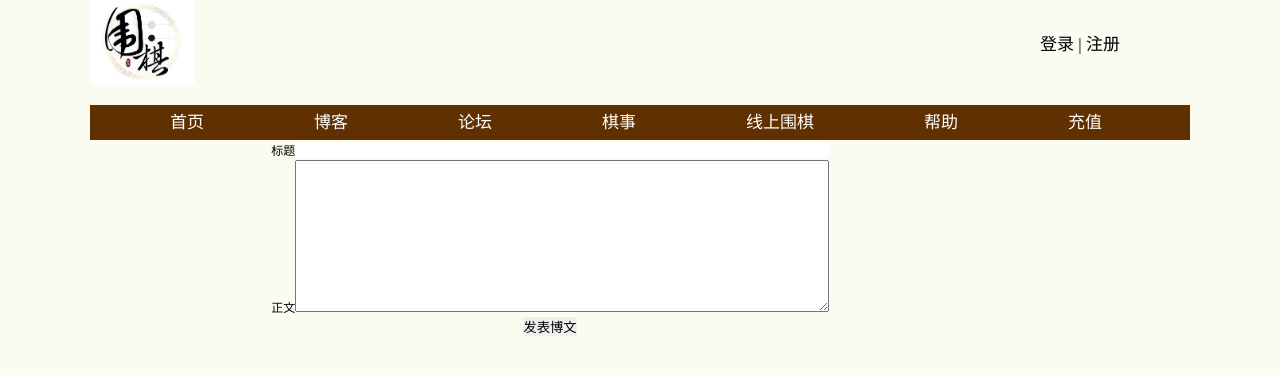
Repository: yxh0/Go
Page: http://localhost/keshe/keshe/blog_post.jsp
An editor plug-in stored every save of this project. The page is shown before and after the next save, followed by the edit.
The browser window is 1280 px wide. The pictures show the whole page.
The page is served by Tomcat 9. Other server files are loaded and not shown.

Above is the page before, as saved 2020-06-11 14:56:51.

### SoftwareProjectGo/keshe/WebContent/keshe/blog_post.jsp
<%@ page language="java" contentType="text/html; charset=UTF-8"
    pageEncoding="UTF-8"%>
<%@ page import="java.sql.*" %>
<!DOCTYPE html>
<html>
<head>
<meta charset="UTF-8">
<title>博客页面</title>
<link rel="stylesheet" href="css/init.css">
<link rel="stylesheet" href="css/public.css">
<link rel="stylesheet" href="css/blog_post.css">
</head>
<body>
	<div class="header w">
		<div class="logo">
			<img src="images/logo.jpg" alt="" />
		</div>
		<div class="login">
			<ul>
				<li>
					<a href="login.jsp">登录</a> |
					<a href="register.jsp">注册</a>
				</li>
			</ul>
		</div>
	</div>
	<!-- 导航栏 -->
	<div class="nav w">
		<div class="container">
			<ul class="left">
		    	<li><a href="index.jsp" >首页</a></li>
		    	<li><a href="blog.jsp" >博客</a></li>
		    	<li><a href="luntan.jsp" >论坛</a></li>
		    	<li><a href="qishi.jsp" >棋事</a></li>
		    	<li><a href="xianshangweiqi.jsp" >线上围棋</a></li>
		    	<li><a href="bangzhu.jsp" >帮助</a></li>
		    	<li><a href="chongzhi.jsp" >充值</a></li>
			</ul>
  		</div>
	</div>
	<div class="blogg">
		<div class="border w"></div>
		<form action="addblogServlet" name="register" method="post">
			<center>标题<input name="blog_title" type="textArea" style="width:40em" class="code"><br></center>
			<center>正文<textarea name="blog_text" style="width:40em" rows="10"></textarea><br>
			<input type="submit" value="发表博文" class="now-register"></center>
         </form>
	</div>
</body>
</html>

### SoftwareProjectGo/keshe/WebContent/keshe/css/init.css
@charset "UTF-8";
/* 基础的初始化 */
* {
    margin: 0;
    padding: 0;
    box-sizing: border-box;
}
/* em 和 i 斜体的文字不倾斜 */
em,
i {
    font-style: normal
}

li {
    list-style: none
}

img {
    border: 0;
    vertical-align: middle
}

button {
    cursor: pointer
}

a {
    text-decoration: none
}

button,
input {
    font-family: Microsoft YaHei, Heiti SC, tahoma, arial, Hiragino Sans GB, "\5B8B\4F53", sans-serif;
    /* 默认有灰色边框我们需要手动去掉 */
    border: 0;
    outline: none;
}

body {
    -webkit-font-smoothing: antialiased;
    background-color: #fff;
    font: 12px/1.5 Microsoft YaHei, Heiti SC, tahoma, arial, Hiragino Sans GB, "\5B8B\4F53", sans-serif;
    color: black;
}

.hide,
.none {
    display: none
}
/* 清除浮动 */
.clearfix:after {
    visibility: hidden;
    clear: both;
    display: block;
    content: ".";
    height: 0
}

.clearfix {
    *zoom: 1
}

### SoftwareProjectGo/keshe/WebContent/keshe/css/public.css
@charset "UTF-8";
/* 版心 */
body {
	background-color: #fcfbf1;
}
.w {
    width: 1100px;
    margin: 0 auto;
}
.nav {
    height: 35px;
    background-color: #603000;
    line-height: 35px;
}
.nav ul li{
	float: left;
}
.nav li a{
	color: white;
	font-size: 17px;
	border-right: 20px;
	padding: 20px 30px;
	margin-left: 50px;
}
.nav li a:hover{
	color: yellow;
}
.header {
    position: relative;
    height: 105px;
}
.logo {
	position: absolute;
	width: 105px;
	height: 85px;
}
.logo img {
	width: 100%;
	height: 100%;
}
.login {
	margin-left: 950px;
	margin-top: 30px;
	position: absolute;
	font: 17px Microsoft YaHei;
	text-align: center;
}
.login li a{
	color: black;
}
.login li a:hover {
	color: #ebc21f;
}
.footer p {
    width: 250px;
    font-size: 20px;
    color: #7B7B7B;
    margin: 60px auto;
}

### SoftwareProjectGo/keshe/WebContent/keshe/css/blog_post.css
@charset "UTF-8";
.big {
	margin-top: 20px;
}
.self {
	float: left;
	margin-right: 30px;
}
.big .self h4,
.big .blogg h4 {
	width: 250px;
	border-bottom: solid 1px #603000;
	margin-bottom: 15px;
	font-size: 15px;
	weight: 500;
	color: #8f6a40;
}
.big .self button {
	width: 120px;
    height: 30px;
    margin: 10px 65px;
    border: 1px solid #E2E2E2;
    text-align: center;
    line-height: 30px;
    font-size: 15px;
    color: #000;
    background: #ededf1;
}
.big .self .info {
	margin-top: 15px;
	margin-left: 75px;
}
.big .self .info p{
	font-size: 14px;
	weight: 500;
	color: #909090;
}
.blogg {
	float: left;
}
.big .blogg h4,
.big .blogg .cont {
	width: 820px;
}
.big .blogg .cont h2 {
	margin: 5px;
}
.big .blogg .cont a {
	color: #000;
}
.big .blogg .cont a:hover {
	color: #ebc21f;
}
.big .blogg .cont p {
	margin-bottom: 35px;
	color: #8a8a8a;
}
.big .blogg .cont .people {
	font-size: 13px;
}

After the next save:
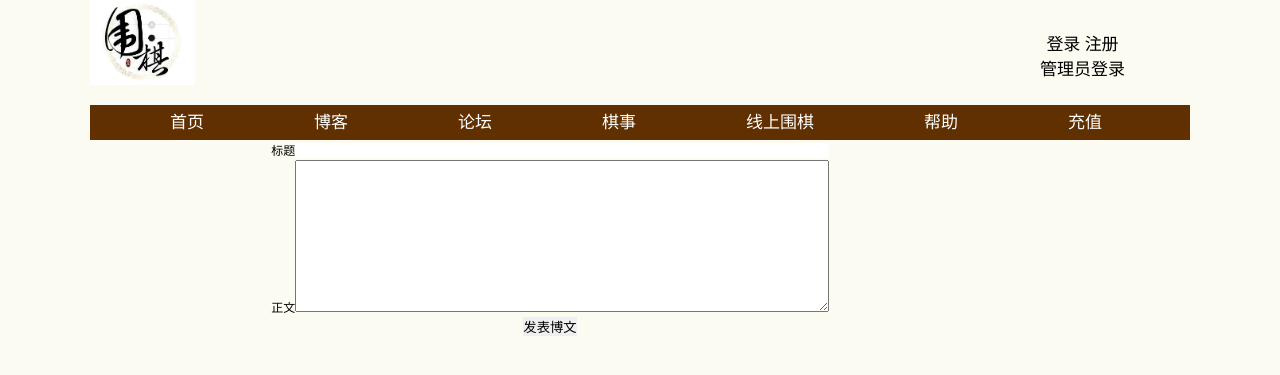
Saved 51 s later.
--- a/SoftwareProjectGo/keshe/WebContent/keshe/blog_post.jsp
+++ b/SoftwareProjectGo/keshe/WebContent/keshe/blog_post.jsp
@@ -18,8 +18,17 @@
 		<div class="login">
 			<ul>
 				<li>
-					<a href="login.jsp">登录</a> |
-					<a href="register.jsp">注册</a>
+					<% String flag=(String)session.getAttribute("flag");%>
+  					<% if (flag =="0" || flag==null){%>
+					    <a href="login.jsp">登录</a>
+						<a href="register.jsp">注册</a>
+						<br><a href="guanliyuandenglu.jsp">管理员登录</a>
+						<%} %>
+					<% if (flag =="1" ){%>
+  					<%  String username=(String)session.getAttribute("username");%>
+					您好，<%=username %>
+					<br><a href="tuichu.jsp">退出</a>
+					<%}%>
 				</li>
 			</ul>
 		</div>
